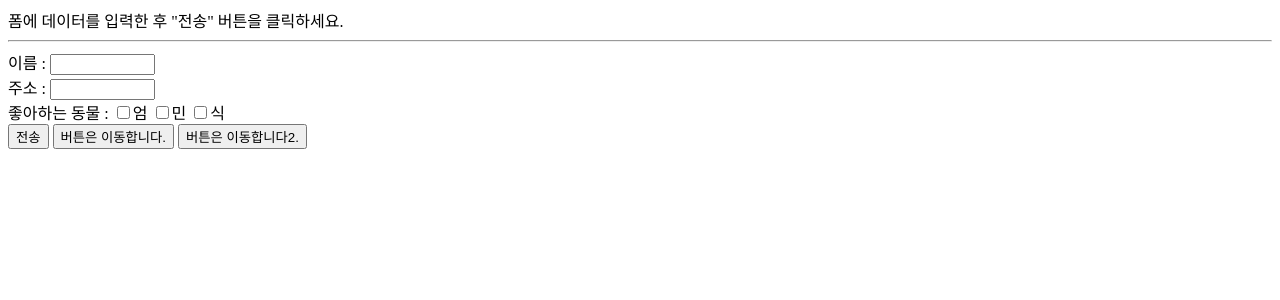
Repository: eParkjongtaek/lovedisket
Page: http://localhost/KH18_1/0905/12makeTestForm.jsp
The author's editor kept a copy of each file at every save. The page is drawn from the files as they stood at one save, then again after the next save.
The browser window is 1280 px wide. The pictures show the whole page.
The page is served by Tomcat 9. Other server files are loaded and not shown.

Above is the page before, as saved 2017-09-05 06:13:20.

### source/KH18_1/WebContent/0905/12makeTestForm.jsp
<%@ page contentType="text/html; charset=euc-kr" %>
<html>
	<head>
		<title>폼 생성</title>
		<style>

		</style>
		<script src="https://ajax.googleapis.com/ajax/libs/jquery/1.12.4/jquery.min.js"></script>
		<script type="text/javascript">
			$(function () {
				$("#move").click(function () {

					$("#form1").submit();

				});
			});

			function move_submit()
			{
				$("#form1").submit();
			}

		</script>
	</head>
	<body>
		폼에 데이터를 입력한 후 "전송" 버튼을 클릭하세요.
		<hr>
		<form id="form1" action="./13viewParameter.jsp" method="post">
			이름 : <input type="text" name="name" size="10"><br/>
			주소 : <input type="text" name="address" size="10"><br/>
			좋아하는 동물 :
				<input type="checkbox" name="pet" value="엄자바">엄
				<input type="checkbox" name="pet" value="민자바">민
				<input type="checkbox" name="pet" value="식자바">식
			<br/>
			<input type="submit" value="전송">
			<input id="move" type="button" value="버튼은 이동합니다." >
			<input type="button" value="버튼은 이동합니다2." onclick="javascript:move_submit();">

		</form>
	</body>
</html>

After the next save:
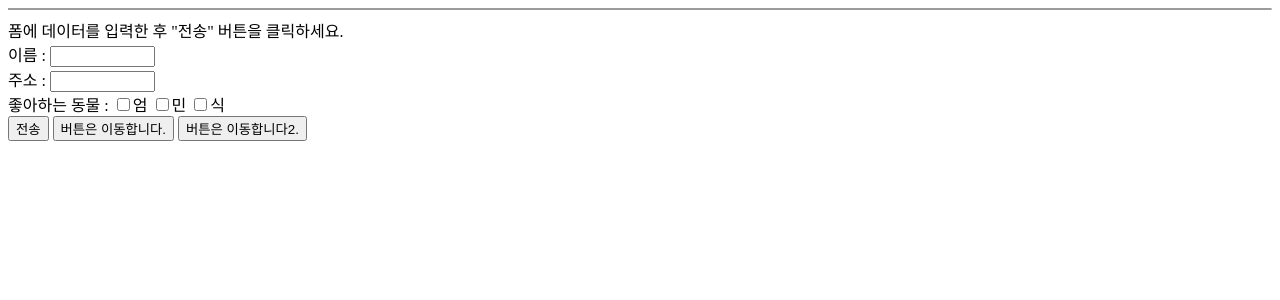
Saved 11 s later.
--- a/source/KH18_1/WebContent/0905/12makeTestForm.jsp
+++ b/source/KH18_1/WebContent/0905/12makeTestForm.jsp
@@ -3,7 +3,7 @@
 	<head>
 		<title>폼 생성</title>
 		<style>
-
+			hr { border-top:1px solid #9C9C9C; border-bottom:1px solid #9C9C9C; }
 		</style>
 		<script src="https://ajax.googleapis.com/ajax/libs/jquery/1.12.4/jquery.min.js"></script>
 		<script type="text/javascript">
@@ -23,8 +23,7 @@
 		</script>
 	</head>
 	<body>
-		폼에 데이터를 입력한 후 "전송" 버튼을 클릭하세요.
-		<hr>
+		<hr>폼에 데이터를 입력한 후 "전송" 버튼을 클릭하세요.
 		<form id="form1" action="./13viewParameter.jsp" method="post">
 			이름 : <input type="text" name="name" size="10"><br/>
 			주소 : <input type="text" name="address" size="10"><br/>
